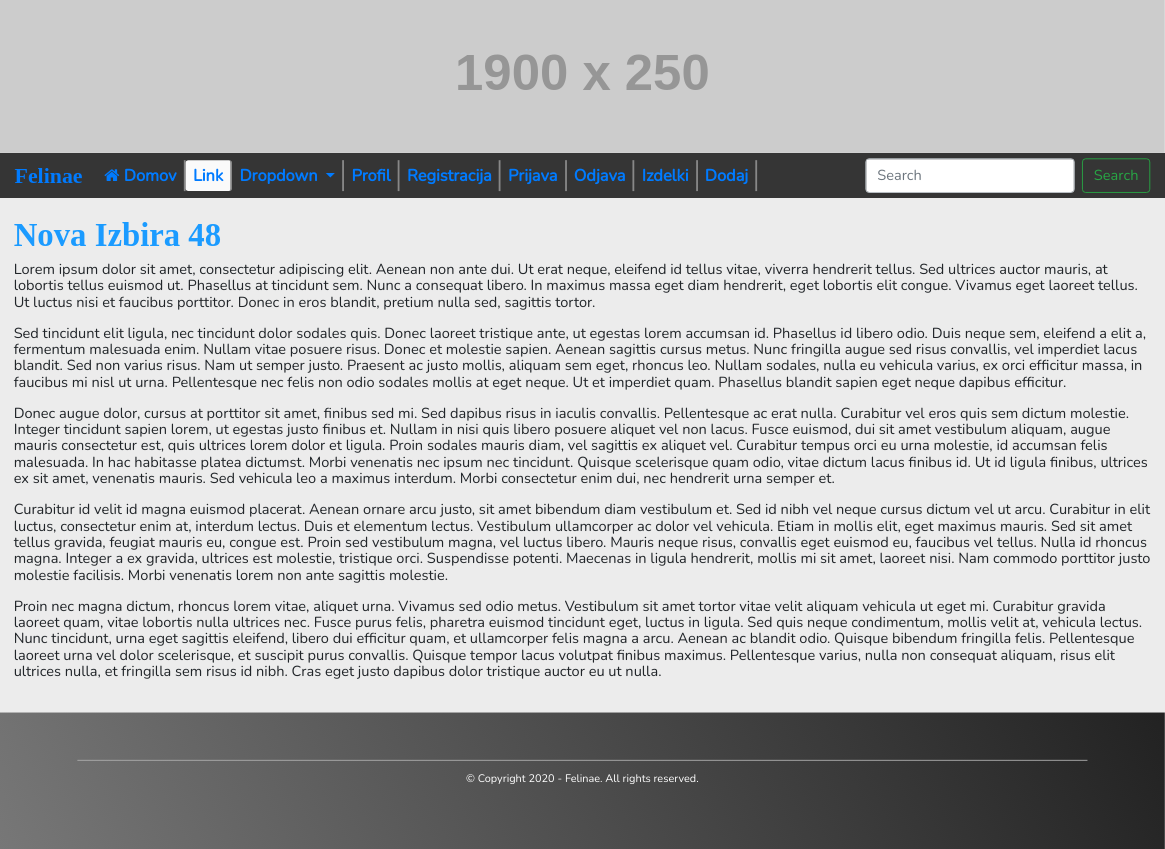
Repository: UrbyK/Felinae
Page: http://localhost/index.php?page=home
The author's editor kept a copy of each file at every save. The page is drawn from the files as they stood at one save, then again after the next save.
The browser window is 1280 px wide. The pictures show the whole page, at 91% of full size.
Some web fonts or font styles are not loaded; a fallback is used. The page is run by PHP 8.4 with error messages shown; the project is at /var/www/html/.

Above is the page before, as saved 2020-08-29 18:35:40.

### index.php
<?php
    session_start();

    include './functions.php';

    $pdo = pdo_connect_mysql();

    $_GET   = filter_input_array(INPUT_GET, FILTER_SANITIZE_STRING);
    $_POST  = filter_input_array(INPUT_POST, FILTER_SANITIZE_STRING);

    $page = isset($_GET['page']) && file_exists($_GET['page']. '.php') ? $_GET['page'] : 'home';
    include $page . '.php';

    template_footer();

?>

### functions.php
<?php
    include './includes/dbh.inc.php';

    include_once('./includes/search-functions.php');
    include_once('./includes/picture-upload.inc.php');

    function template_header($title){
        include_once('./header.php');
    }

    function template_footer(){
        include_once('./footer.php');
    }


    function countries(){
        $pdo = pdo_connect_mysql();
        $stmt = $pdo->prepare("SELECT * FROM country");
        $stmt->execute();
        $result = $stmt->fetchAll(PDO::FETCH_ASSOC);
        return $result;
    }

    function slugify($string){
        return strtolower(trim(preg_replace('/[^A-Za-z0-9-]+/', '-', $string), '-'));
    }

    function get_image($product_id){
        $pdo = pdo_connect_mysql();
        $stmt = $pdo->prepare("SELECT * FROM product_image WHERE product_id = ?");
        $stmt->execute([$product_id]);
        $result = $stmt->fetchAll(PDO::FETCH_ASSOC);
        return $result;
    }

    function retail_price($product_id){
        $pdo = pdo_connect_mysql();
        $stmt = $pdo->prepare("SELECT * FROM product WHERE ID = ?");
        $stmt->execute([$product_id]);
        $product = $stmt->fetch();

        if($product['startsAt'] <= date('Y-m-d H:i:s') && date('Y-m-d H:i:s') <= $product['endsAt']){
            $retail_price = round($product['price']-($product['price']*($product['discount']/100)), 2);
        }
        else{
            $retail_price = $product['price'];
        }

        return $retail_price;

    }

?>

### includes/dbh.inc.php
<?php
    function pdo_connect_mysql(){
        /* credentials */
        $dbHost = 'localhost';
        $dbUser = 'root';
        $dbPass = '';
        $dbName = 'felinae';

        try{
            return new PDO('mysql:host=' . $dbHost . ';dbname=' . $dbName . ';charset=utf8', $dbUser, $dbPass);
        } catch (PDOException $exception) {
            // If there is an error with the connection, stop the script and display the error.
            die ('Failed to connect to database!'. $exception->getMessage());
        }
    }
?>

### includes/search-functions.php
<?php
    function get_city($pdo, $city, $postalCode, $country_id){

        $query = "SELECT * FROM city WHERE country_id = ? AND lower(city) LIKE lower(?) AND postalCode = ?";
        $stmt = $pdo->prepare($query);
        $stmt->execute([$country_id, $city, $postalCode]);
        return $stmt;
    }
?>

### includes/picture-upload.inc.php
<?php

    function image_upload($product_id, $url, $caption, $i){

        $pdo = pdo_connect_mysql();
        $target_dir = "./uploads/";
        $relative_dir = "./uploads/";

        $change_name = date("Y-m-d-h-i-s")."-".$product_id."-".basename($url);
        $change_name;
        $target_file = $target_dir . $change_name;
        $relative_file = $relative_dir . $change_name;

        $uploadOk = 1;
        $imageFileType = strtolower(pathinfo($target_file,PATHINFO_EXTENSION));

        if(isset($_POST["submit"])) {
            $check = getimagesize($_FILES["image"]["tmp_name"][$i]);
            if($check !== false) {
                //echo "File is an image - " . $check["mime"] . ".";
                $uploadOk = 1;
            } else {
                //echo "File is not an image.";
                $uploadOk = 0;
            }
        }

        if($imageFileType != "jpg" && $imageFileType != "png" && $imageFileType != "jpeg"
        && $imageFileType != "gif" ) {
            $uploadOk = 0;
        }

        if ($uploadOk == 1) {
            if (move_uploaded_file($_FILES["image"]["tmp_name"][$i], $target_file)) {
                //vse je ok, zapišem še v bazo
                $query = "INSERT INTO product_image(product_id, image, caption) VALUES (?,?,?)";
                $stmt = $pdo->prepare($query);
                $stmt->execute([$product_id, $relative_file, $caption]);
            }
        }
    }

?>

### home.php
<?=template_header('Home')?>
<div class="row">
    <h1>Nova Izbira 48</h1>
    <p>
    Lorem ipsum dolor sit amet, consectetur adipiscing elit. Aenean non ante dui. Ut erat neque, eleifend id tellus vitae, viverra hendrerit tellus. Sed ultrices auctor mauris, at lobortis tellus euismod ut. Phasellus at tincidunt sem. Nunc a consequat libero. In maximus massa eget diam hendrerit, eget lobortis elit congue. Vivamus eget laoreet tellus. Ut luctus nisi et faucibus porttitor. Donec in eros blandit, pretium nulla sed, sagittis tortor.
    </p>
    <p>
    Sed tincidunt elit ligula, nec tincidunt dolor sodales quis. Donec laoreet tristique ante, ut egestas lorem accumsan id. Phasellus id libero odio. Duis neque sem, eleifend a elit a, fermentum malesuada enim. Nullam vitae posuere risus. Donec et molestie sapien. Aenean sagittis cursus metus. Nunc fringilla augue sed risus convallis, vel imperdiet lacus blandit. Sed non varius risus. Nam ut semper justo. Praesent ac justo mollis, aliquam sem eget, rhoncus leo. Nullam sodales, nulla eu vehicula varius, ex orci efficitur massa, in faucibus mi nisl ut urna. Pellentesque nec felis non odio sodales mollis at eget neque. Ut et imperdiet quam. Phasellus blandit sapien eget neque dapibus efficitur.
    </p>
    <p>
    Donec augue dolor, cursus at porttitor sit amet, finibus sed mi. Sed dapibus risus in iaculis convallis. Pellentesque ac erat nulla. Curabitur vel eros quis sem dictum molestie. Integer tincidunt sapien lorem, ut egestas justo finibus et. Nullam in nisi quis libero posuere aliquet vel non lacus. Fusce euismod, dui sit amet vestibulum aliquam, augue mauris consectetur est, quis ultrices lorem dolor et ligula. Proin sodales mauris diam, vel sagittis ex aliquet vel. Curabitur tempus orci eu urna molestie, id accumsan felis malesuada. In hac habitasse platea dictumst. Morbi venenatis nec ipsum nec tincidunt. Quisque scelerisque quam odio, vitae dictum lacus finibus id. Ut id ligula finibus, ultrices ex sit amet, venenatis mauris. Sed vehicula leo a maximus interdum. Morbi consectetur enim dui, nec hendrerit urna semper et.
    </p>
    <p>
    Curabitur id velit id magna euismod placerat. Aenean ornare arcu justo, sit amet bibendum diam vestibulum et. Sed id nibh vel neque cursus dictum vel ut arcu. Curabitur in elit luctus, consectetur enim at, interdum lectus. Duis et elementum lectus. Vestibulum ullamcorper ac dolor vel vehicula. Etiam in mollis elit, eget maximus mauris. Sed sit amet tellus gravida, feugiat mauris eu, congue est. Proin sed vestibulum magna, vel luctus libero. Mauris neque risus, convallis eget euismod eu, faucibus vel tellus. Nulla id rhoncus magna. Integer a ex gravida, ultrices est molestie, tristique orci. Suspendisse potenti. Maecenas in ligula hendrerit, mollis mi sit amet, laoreet nisi. Nam commodo porttitor justo molestie facilisis. Morbi venenatis lorem non ante sagittis molestie.
    </p>
    <p>
    Proin nec magna dictum, rhoncus lorem vitae, aliquet urna. Vivamus sed odio metus. Vestibulum sit amet tortor vitae velit aliquam vehicula ut eget mi. Curabitur gravida laoreet quam, vitae lobortis nulla ultrices nec. Fusce purus felis, pharetra euismod tincidunt eget, luctus in ligula. Sed quis neque condimentum, mollis velit at, vehicula lectus. Nunc tincidunt, urna eget sagittis eleifend, libero dui efficitur quam, et ullamcorper felis magna a arcu. Aenean ac blandit odio. Quisque bibendum fringilla felis. Pellentesque laoreet urna vel dolor scelerisque, et suscipit purus convallis. Quisque tempor lacus volutpat finibus maximus. Pellentesque varius, nulla non consequat aliquam, risus elit ultrices nulla, et fringilla sem risus id nibh. Cras eget justo dapibus dolor tristique auctor eu ut nulla.
    </p>
</div>

<?=template_footer()?>

### footer.php
    </div><!-- class="container-fluid" --->

        <footer class="page-footer font-small flow-footer" id="footer" role="contentinfo">
            <div class="footer-wrapper">
                <div class="container container-footer">
                    <div class="row">

                        <div class="col-12 copy">

                            <p class="text-center">&copy; Copyright 2020 - Felinae.  All rights reserved.</p>

                        </div>

                    </div>
                </div>
            </div>
        </footer>





    </body>
</html>

### css/style.css
@import url('http://fonts.googleapis.com/css?family=Oxygen+Mono');
@import url('https://fonts.googleapis.com/css?family=Damion|Neucha|Pacifico|Yellowtail&display=swap');
@import url('https://fonts.googleapis.com/css2?family=Crimson+Text&family=Nunito&family=Overlock&family=Source+Sans+Pro&display=swap');
@import url('https://fonts.googleapis.com/css2?family=Love+Ya+Like+A+Sister&display=swap');

*{
    text-decoration: none;
    list-style: none;
}

body{
    padding: 0;
    margin: 0 auto;
    font-size: 16px;
    line-height: 1.125em;
    height: 100%;
    min-height: 100%;
    font-family: 'Nunito', 'Source Sans Pro', sans-serif;
    background-color: #ececec;
    display: flex;
    flex-direction: column;
}

h1, h2, h3, h4, h5, h6{
    font-family: 'Overlock', 'Crimson Text', cursive, serif;
    color: #1b9bff;
    font-weight: 550;
    line-height: 1.125em;
}

h1{
    font-size: 36px;
}
h2{
    font-size: 32px;
}
h3{
    font-size: 28px;
}
h4{
    font-size: 24px;
}
h5{
    font-size: 20px;
}
h6{
    font-size: 16px;
}

.container, .container-fluid{
  height: 100%;
  min-height: 100%;
}

/* BANNER */
.banner img{
    width: 100%;
    height: auto;
}

/*NAVBAR*/
.navbar{
    background-color: rgb(53,53,53);
    font-size: 18px;
    font-weight: 600;
    max-height: 50px;
}

.navbar-brand{
    font-size: 24px;
    font-family: 'Love Ya Like A Sister','Overlock';
    font-weight: 800;

}

.custom-toggler .navbar-toggler-icon {
    background-image: url("data:[embedded picture, 239 characters]");
  }

  .custom-toggler, .navbar-toggler {
    border-color: rgb(27, 155, 255);
    border-width: 2px;
  }

  .active{
    background-color: #FAFAFA;
    border-radius: 3px;
  }
.navbar-nav .nav-item{
    border-right: 2px solid #888;
}

/*=======FOOTER=========*/
footer {
  background: #535355;
  background: -webkit-linear-gradient(63deg, #777777, #222222);
  background: linear-gradient(63deg, #777777, #222222);
  color: white;
  height: 150px;
  position: relative;
  width: 100%;
}

footer a {
  color: #fefefe;
  font-size: 14px;
  transition-duration: 0.2s;
}

footer a:hover {
  color: #1b9bff;
  text-decoration: none;
}

.copy {
  font-size: 12px;
  padding: 10px;
  border-top: 1px solid #aaa;
}

.footer-wrapper {
  padding-top: 2em;
  color: white;
}



/*REGISTER/LOGIN FORM*/

.my-form .hint{
    font-size: 10px;
}

/*======PRODUCT ADD======*/
.form-group .col #charNum{
  float: right;
}

/*======== HOVERBOX ==============*/
/* displays text when you hover over the image */
.hvrbox,
.hvrbox * {
  box-sizing: border-box;
}

.hvrbox {
  position: relative;
  display: inline-block;
  overflow: hidden;

  height: 100%;
  width: auto;
  margin-top: 5%;
  padding-bottom: 10px;

  border-bottom: 1px dashed #aaa;
}

.hvrbox img {
  max-width: 100%;
  margin: auto;
}

.hvrbox .hvrbox-layer_bottom {
  display: block;
}

.hvrbox .hvrbox-layer_top {
  opacity: 0;
  position: absolute;
  top: 0;
  left: 0;
  right: 0;
  bottom: 0;
  width: 100%;
  height: 100%;
  background: rgba(0, 0, 0, 0.6);
  color: #fff;
  padding: 15px;
  -moz-transition: all 0.5s ease-in-out 0s;
  -webkit-transition: all 0.5s ease-in-out 0s;
  -ms-transition: all 0.5s ease-in-out 0s;
  transition: all 0.5s ease-in-out 0s;
}

.hvrbox:hover .hvrbox-layer_top,
.hvrbox.active .hvrbox-layer_top {
  opacity: 1;
  height: 100%;
}

.hvrbox .hvrbox-text {
  text-align: center;
  font-size: 17px;
  display: inline-block;
  position: absolute;
  top: 50%;
  left: 50%;
  -moz-transform: translate(-50%, -50%);
  -webkit-transform: translate(-50%, -50%);
  -ms-transform: translate(-50%, -50%);
  transform: translate(-50%, -50%);
}

.hvrbox .hvrbox-text_mobile {
  font-size: 15px;
  border-top: 1px solid rgb(179, 179, 179); /* for old browsers */
  border-top: 1px solid rgba(179, 179, 179, 0.7);
  margin-top: 5px;
  padding-top: 2px;
  display: none;
}

.hvrbox.active .hvrbox-text_mobile {
  display: block;
}

.hvrbox .hvrbox-layer_slideup {
  -moz-transform: translateY(100%);
  -webkit-transform: translateY(100%);
  -ms-transform: translateY(100%);
  transform: translateY(100%);
}

.hvrbox:hover .hvrbox-layer_slideup,
.hvrbox.active .hvrbox-layer_slideup {
  -moz-transform: translateY(0);
  -webkit-transform: translateY(0);
  -ms-transform: translateY(0);
  transform: translateY(0);
}

.hvrbox:hover .price{
  color: #fff;
  -moz-transition: color 0.8s ease 0s;
  -webkit-transition: color 0.8s ease 0s;
  -ms-transition: color 0.8s ease 0s;
  transition: color 0.8s ease 0s;
}

/*========PRODUCTS=========*/
.card-btn form input{
  max-width: 250px;
  width: 100%;
}

form input[type="number"] {
  width: 100%;
	padding: 10px;
	margin-bottom: 15px;
	border: 1px solid #aaa;
	color: #555555;
  border-radius: 5px;
  -moz-appearance: textfield;
}

form input[type="submit"] {
	background-color: #1b9bff;;
	border: 0;
	color: #FFFFFF;
	width: 100%;
	padding: 12px 0;
	text-transform: uppercase;
	font-size: 14px;
	font-weight: bold;
	border-radius: 5px;
  cursor: pointer;

}

form input[type="submit"]:hover {
	background-color: #1a5f94;;
}


.product-item {
  background-color: #fff;
  border: 1px solid black;
}

.product-name{
  font-size: 16px;
  /*padding-top: 15px;*/
  font-weight: bold;
  color: #1b9bff;
  font-family: 'Franklin Gothic Medium', 'Arial Narrow', Arial, sans-serif;
}

.product-name:hover{
color: #1a5f94;
}



/* THUMBNAIL FOR IMAGE PREVIEW ON PRODUCTS*/
.img-thumbnail{
  max-height: 100%;
  height: auto;
  width: auto;
}

.row{
  margin: 20px auto;
}


/* CARD */
.products-preview{
  max-height: 450px;
}

.products-preview-body{
  height: 200px;

}

.products-preview-body ul{
  list-style: none;
  padding: 0;
}
/*
.products-preview-body span {
  position: relative;
  display: block;
}*/

/*==products prices==*/
.card-btn{
  margin: 20px auto;
}

.price{
  font-weight: bold;
  font-size: 20px;
  color: #3f3f3f;
  }

.old-price{
  font-size: 20px;
  margin: 0 5px;
  font-weight: normal;
  color: #777;
}

.discount{
  font-size: 18px;
  color: #eee;
  font-weight: 900;
  border: 2px solid #009900;
  border-radius: 50%;
  background-color: #009900;
  margin: 3px;
  padding: 5px;
  float: right;
  text-decoration: none;
}

del, .old-price{
  text-decoration: line-through;
}

input[type=submit]:disabled{
  background-color: #346081;
}

.product-picture{
  display: flex;
  align-items: center;
  justify-content: center;
}

.product-picture img{
  align-items: center;
  justify-content: center;
  max-width: 100%;
  margin: auto;
  border: 2px solid #aaa;
  max-height: 650px;
  /*border-radius: 50px;*/
}



.product-info{
  margin: auto 0;
  padding-right: 5%;
  padding-bottom: 55px;
  background-color: #efefef;
}

.product-info h1 {
	font-size: 34px;
	font-weight: normal;
	margin: 0;
  padding: 20px 0 10px 0;
  color: #1b9bff;
  font-family:  'Franklin Gothic Medium', 'Arial Narrow', Arial, sans-serif;
}

.product-info .price {
	display: block;
	font-size: 22px;
}

.product-info form {
	display: flex;
	flex-flow: column;
  margin: 40px 0;
}

.product-info form input,
.card-btn form input{
  max-width: 250px;
  width: 100%;
}

.product-info form input[type="number"],
.card-btn form input[type="number"],
.cart form input[type="number"] {
  width: 100%;
	padding: 10px;
	margin-bottom: 15px;
	border: 1px solid #aaa;
	color: #555555;
  border-radius: 5px;
  -moz-appearance: textfield;
}

.product-info form input[type="submit"],
.card-btn form input[type="submit"] {
	background-color: #1b9bff;;
	border: 0;
	color: #FFFFFF;
	width: 100%;
	padding: 12px 0;
	text-transform: uppercase;
	font-size: 14px;
	font-weight: bold;
	border-radius: 5px;
  cursor: pointer;

}
.product-info form input[type="submit"]:hover,
.card-btn form input[type="submit"]:hover {
	background-color: #1a5f94;;
}
/*
.product-price .old-price{
  float: left;
}
*/
li .discount{
  float: none;
  text-decoration: none !important;
}

.product-price .retail-price{
  font-size: 38px;
  margin-top: 24px;
}

/*===CAROUSEL===*/
.carousel-control:hover{
  background-color: rgba(51, 51, 51, 0.5);
}

.carousel-inner {
  margin: auto 0;
}

.sales-date{
  margin-bottom: 10px;
  font-size: 18px;
  color: #009900;
}

.whitespace{
  white-space: pre-wrap;
}

.products-preview{
  margin: 5px auto;
}

.measurements{
  white-space: nowrap;
}

.measurements li{
  display: inline;
}


/*======FOOTER======*/

Loaded but not shown: js/active-menu.js (12 lines, source omitted); header.php (93 lines, source omitted)

After the next save:
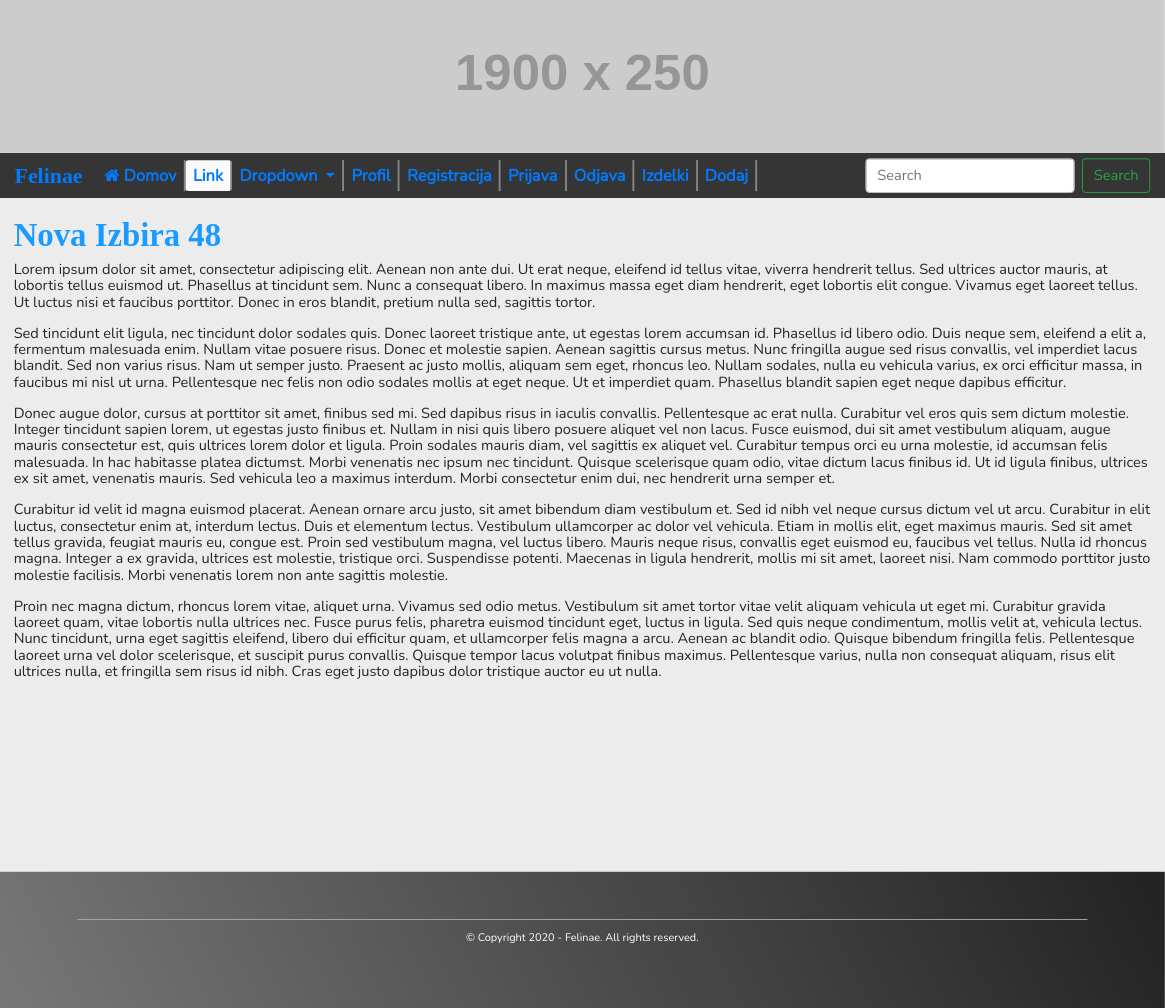
Saved 68 s later.
--- a/css/style.css
+++ b/css/style.css
@@ -3,6 +3,9 @@
 @import url('https://fonts.googleapis.com/css2?family=Crimson+Text&family=Nunito&family=Overlock&family=Source+Sans+Pro&display=swap');
 @import url('https://fonts.googleapis.com/css2?family=Love+Ya+Like+A+Sister&display=swap');
 
+html{
+  height: 100%;
+}
 *{
     text-decoration: none;
     list-style: none;
@@ -17,8 +20,6 @@
     min-height: 100%;
     font-family: 'Nunito', 'Source Sans Pro', sans-serif;
     background-color: #ececec;
-    display: flex;
-    flex-direction: column;
 }
 
 h1, h2, h3, h4, h5, h6{
@@ -49,7 +50,6 @@
 
 .container, .container-fluid{
   height: 100%;
-  min-height: 100%;
 }
 
 /* BANNER */

After the save that followed:
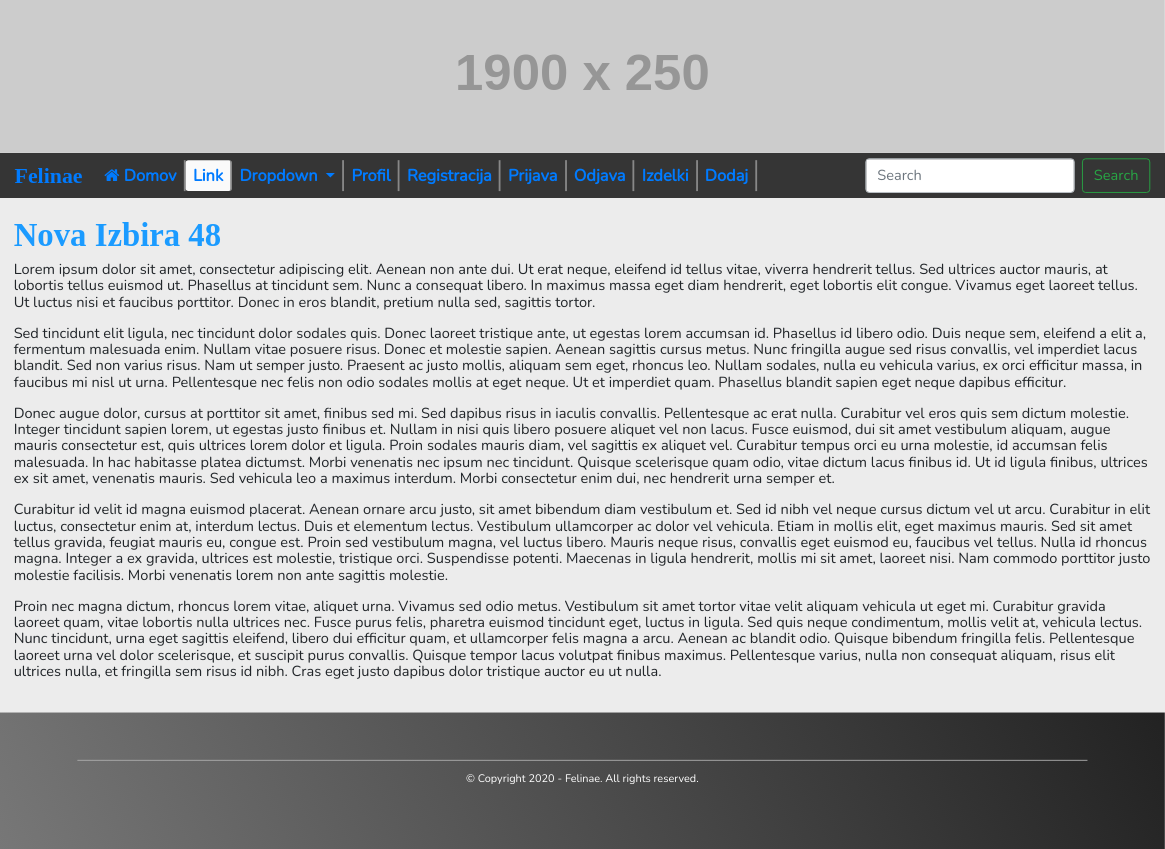
Saved 30 s later.
--- a/css/style.css
+++ b/css/style.css
@@ -3,9 +3,6 @@
 @import url('https://fonts.googleapis.com/css2?family=Crimson+Text&family=Nunito&family=Overlock&family=Source+Sans+Pro&display=swap');
 @import url('https://fonts.googleapis.com/css2?family=Love+Ya+Like+A+Sister&display=swap');
 
-html{
-  height: 100%;
-}
 *{
     text-decoration: none;
     list-style: none;
